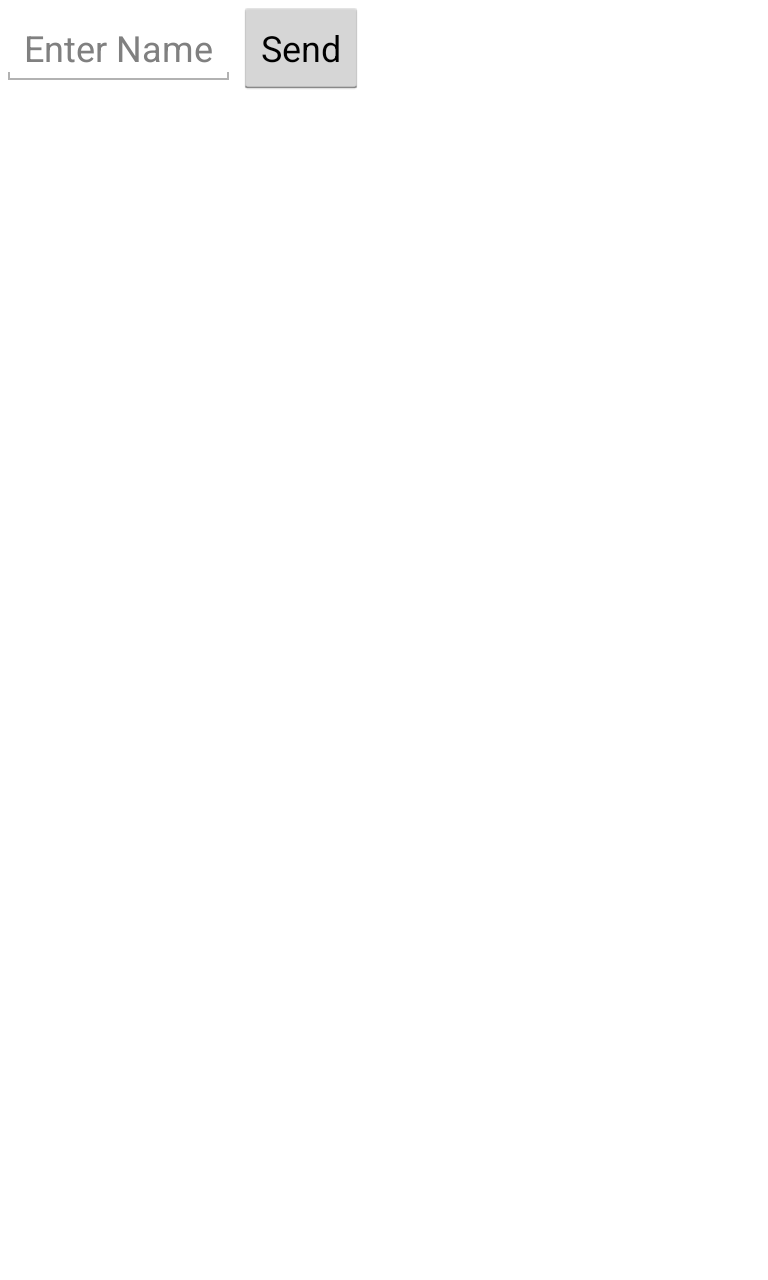
Repository: bvrit-vineeth/android-projects
Layout: MyFirstApp/res/layout/activity_main.xml
These files come from the project's save history. The layout is drawn as it stood at one moment and after the next save; the edit follows.
It is drawn on a 768 x 1280 px phone screen (xhdpi) without system bars, with theme AppTheme; the app's code is not run.

Above is the layout before, as saved 2013-08-18 09:24:24.

### MyFirstApp/res/layout/activity_main.xml
<?xml version="1.0" encoding="utf-8"?>
<LinearLayout xmlns:android="http://schemas.android.com/apk/res/android"
    xmlns:tools="http://schemas.android.com/tools"
    android:layout_width="match_parent"
    android:layout_height="match_parent"
    android:orientation="horizontal" >

    <EditText
        android:id="@+id/editText1"
        android:layout_width="wrap_content"
        android:layout_height="wrap_content"
        android:hint="@string/edit_message" />

    <Button
        android:layout_width="wrap_content"
        android:layout_height="wrap_content"
        android:text="@string/button_send" />
</LinearLayout>

### MyFirstApp/res/values/strings.xml
<?xml version="1.0" encoding="utf-8"?>
<resources>

    <string name="app_name">My First App</string>
    <string name="action_settings">Settings</string>
    <string name="hello_world">Hello world!</string>
    <string name="edit_message">Enter Name</string>
    <string name="button_send">Send</string>

</resources>

Loaded but not shown: MyFirstApp/res/values/styles.xml (common file); MyFirstApp/res/values-v11/styles.xml (common file); MyFirstApp/res/values-v14/styles.xml (common file)

After the next save:
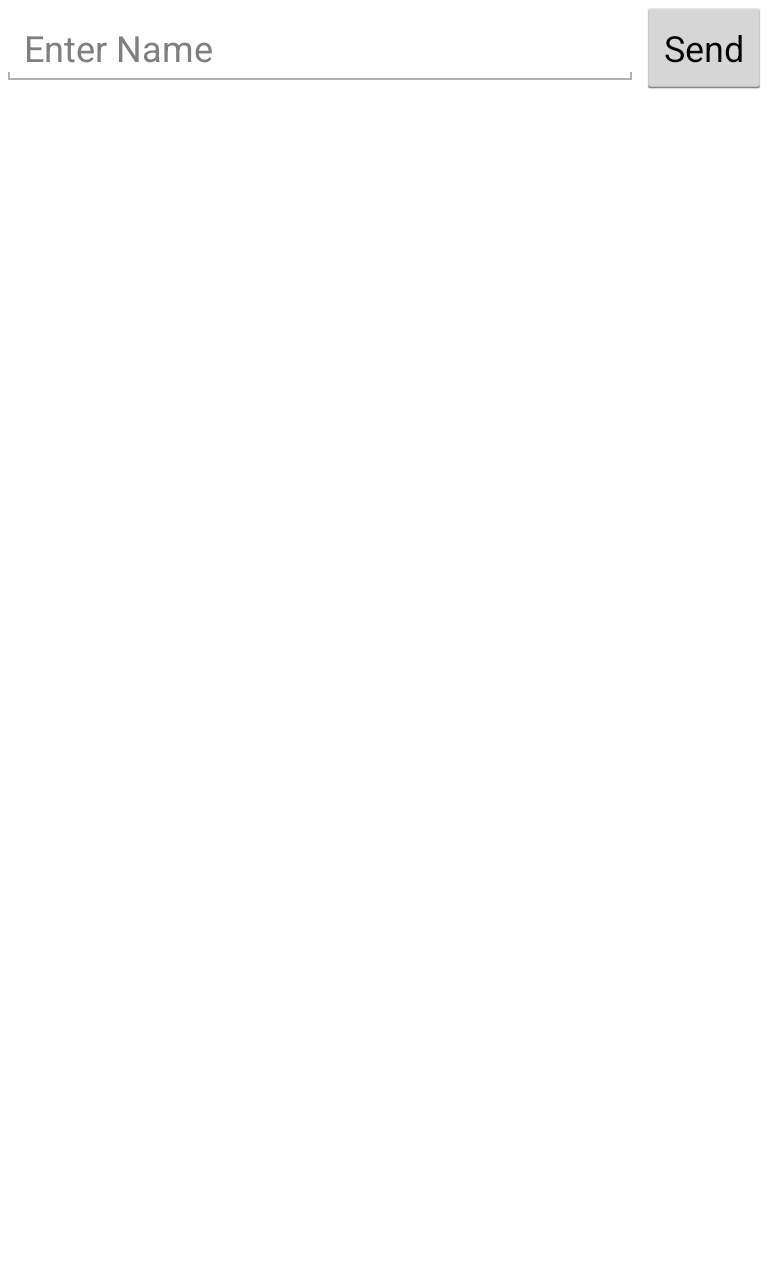
Saved 7 s later.
--- a/MyFirstApp/res/layout/activity_main.xml
+++ b/MyFirstApp/res/layout/activity_main.xml
@@ -9,7 +9,8 @@
         android:id="@+id/editText1"
         android:layout_width="wrap_content"
         android:layout_height="wrap_content"
-        android:hint="@string/edit_message" />
+        android:hint="@string/edit_message"
+        android:layout_weight="1" />
 
     <Button
         android:layout_width="wrap_content"
